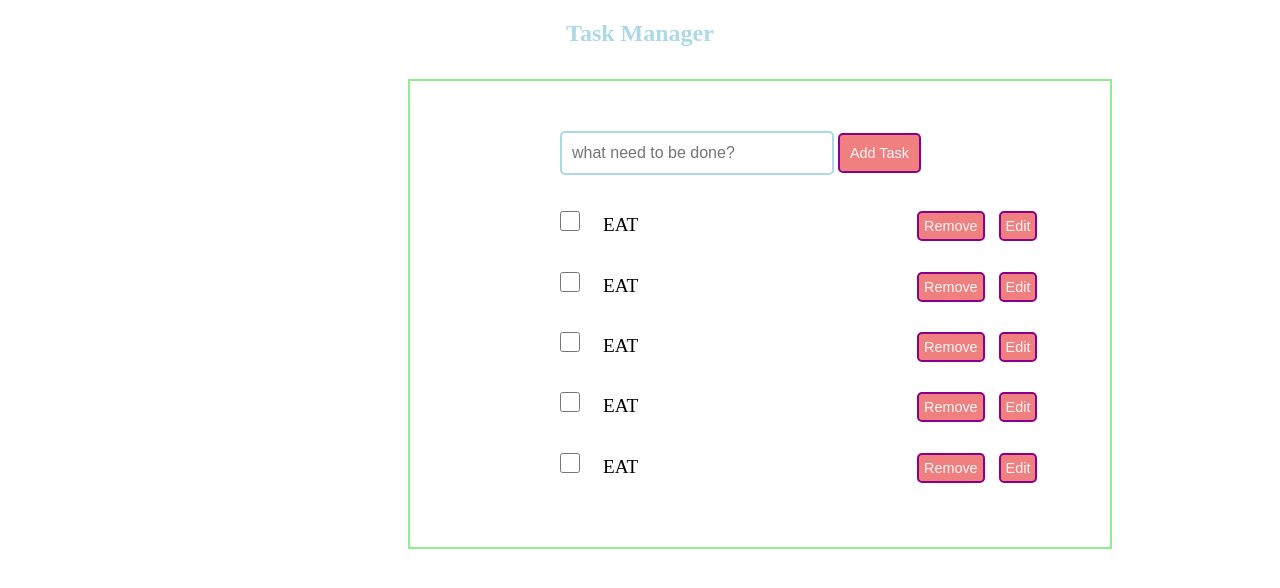
Repository: sristigupta04/basic-js-project
Page: todo app/title.html
The author's editor kept a copy of each file at every save. The page is drawn from the files as they stood at one save, then again after the next save.
The browser window is 1280 px wide. The pictures show the whole page.

Above is the page before, as saved 2025-10-28 19:39:14.

### todo app/title.html
<!DOCTYPE html>
<html lang="en">
<head>
    <meta charset="UTF-8">
    <meta name="viewport" content="width=device-width, initial-scale=1.0">
    <title>Todo App</title>
    <link rel="stylesheet" href="title.css"/>
</head>
<body>
    <h2> Task Manager</h2>
    <div class="contain">
        <input type="text" id="new" placeholder="what need to be done?"></input>
        <button>Add Task</button>

        <div class="row">

            <input type="checkbox" id="addinput"><p> EAT</p> <button>Remove</button> <button>Edit</button>
            <input type="checkbox"><p> EAT</p> <button>Remove</button> <button>Edit</button>
             <input type="checkbox"><p> EAT</p> <button>Remove</button> <button>Edit</button>
              <input type="checkbox"><p> EAT</p> <button>Remove</button> <button>Edit</button>
               <input type="checkbox"><p> EAT</p> <button>Remove</button> <button>Edit</button>
        </div>
    </div>
    <script src="title.js"></script>
</body>
</html>

### todo app/title.css
.body{

    text-align: center;
    font-family: 'Trebuchet MS', 'Lucida Sans Unicode', 'Lucida Grande', 'Lucida Sans', Arial, sans-serif;
    margin:0;
    padding: 0;
}

h2{
color:lightblue;
margin-top: 20px;
justify-content: center;
display: flex;
}
.contain{
 border: 2px solid lightgreen;
 width:600px;
 height: auto;
 margin-left: 400px;
 margin-top: 2rem;
 padding: 50px;
}
.contain input{
    width:250px;
    height: 20px;
    padding: 10px;
    font-size: 1rem;
     border:2px solid lightblue;
     border-radius: 5px;
     outline: none;
     margin-left: 100px;

}
.contain button{
     padding:  10px;
       font-size:0.90rem;
       border:2px solid darkmagenta;
border-radius: 5px;
background-color: lightcoral;
color:whitesmoke;
}

.row{
    margin-top: 20px;
    text-align: left;
}

.row p{
    display: inline-block;
    margin-left: 20px;
    font-size: 1.2rem;
    width: 300px;
}
.row button{
    margin-left: 10px;
    padding: 5px;
    font-size: 0.9rem;
    border: 2px solid darkmagenta;
    border-radius: 5px;
    background-color: lightcoral;
    color: whitesmoke;
}

.row input{
    width: 20px;
    height: 20px;
}

### todo app/title.js
// ====== Selecting DOM elements ======
const input = document.getElementById("new");
const addButton = document.querySelector(".contain button");
const row = document.querySelector(".row");

// ====== Event Listener ======
addButton.addEventListener("click", addTask);

// ====== Function to Add a Task ======
function addTask() {
    const taskText = input.value.trim();

    if (taskText === "") {
        alert("Please enter a task!");
        return;
    }

    // Create new task container
    const taskDiv = document.createElement("div");
    taskDiv.classList.add("task-item");

    // Create task content
    taskDiv.innerHTML = `
        <input type="checkbox">
        <p>${taskText}</p>
        <button class="removeBtn">Remove</button>
        <button class="editBtn">Edit</button>
    `;

    // Append to main row
    row.appendChild(taskDiv);
    input.value = "";

    // Attach functionality
    attachTaskFunctions(taskDiv);
}

// ====== Attach Remove, Edit, and Checkbox Features ======
function attachTaskFunctions(taskDiv) {
    const removeBtn = taskDiv.querySelector(".removeBtn");
    const editBtn = taskDiv.querySelector(".editBtn");
    const checkbox = taskDiv.querySelector("input[type='checkbox']");
    const taskText = taskDiv.querySelector("p");

    // Remove Task
    removeBtn.addEventListener("click", () => removeTask(taskDiv));

    // Edit Task
    editBtn.addEventListener("click", () => editTask(taskText));

    // Checkbox Functionality
    checkbox.addEventListener("change", () => toggleTaskStatus(checkbox, taskText));
}

// ====== Remove Task ======
function removeTask(taskDiv) {
    taskDiv.remove();
}

// ====== Edit Task ======
function editTask(taskTextElement) {
    const currentText = taskTextElement.textContent;
    const newText = prompt("Edit your task:", currentText);
    if (newText !== null && newText.trim() !== "") {
        taskTextElement.textContent = newText.trim();
    }
}

// ====== Toggle Checkbox (mark done) ======
function toggleTaskStatus(checkbox, taskTextElement) {
    if (checkbox.checked) {
        taskTextElement.style.textDecoration = "line-through";
        taskTextElement.style.color = "gray";
    } else {
        taskTextElement.style.textDecoration = "none";
        taskTextElement.style.color = "black";
    }
}

After the next save:
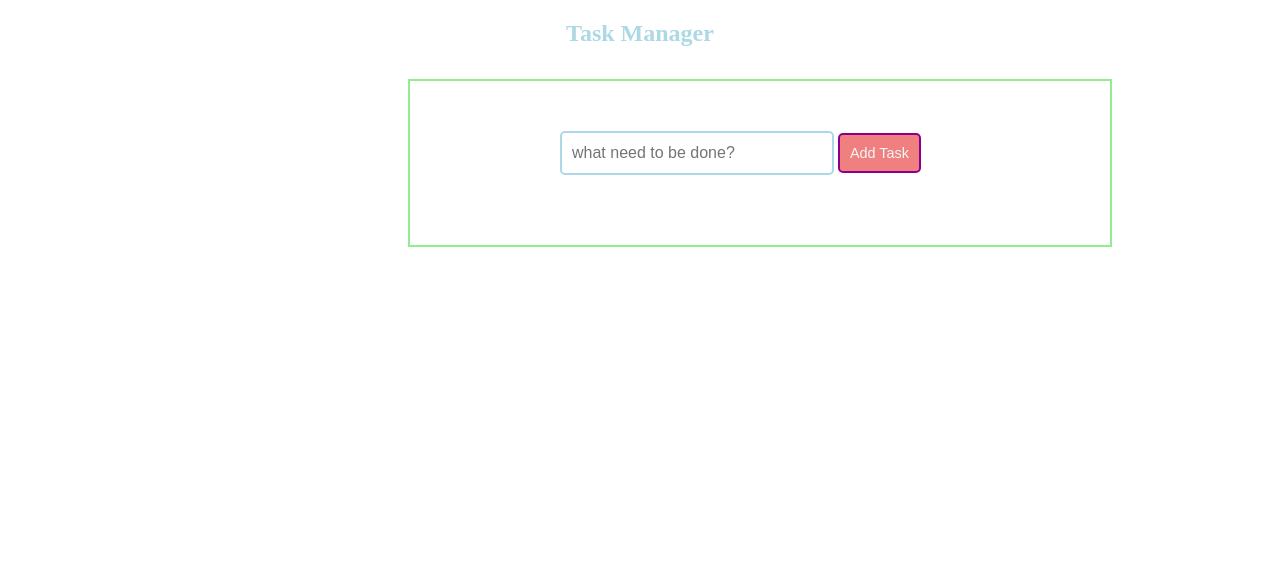
Saved 55 s later.
--- a/todo app/title.html
+++ b/todo app/title.html
@@ -14,11 +14,11 @@
 
         <div class="row">
 
-            <input type="checkbox" id="addinput"><p> EAT</p> <button>Remove</button> <button>Edit</button>
+            <!-- <input type="checkbox" id="addinput"><p> EAT</p> <button>Remove</button> <button>Edit</button>
             <input type="checkbox"><p> EAT</p> <button>Remove</button> <button>Edit</button>
              <input type="checkbox"><p> EAT</p> <button>Remove</button> <button>Edit</button>
               <input type="checkbox"><p> EAT</p> <button>Remove</button> <button>Edit</button>
-               <input type="checkbox"><p> EAT</p> <button>Remove</button> <button>Edit</button>
+               <input type="checkbox"><p> EAT</p> <button>Remove</button> <button>Edit</button> -->
         </div>
     </div>
     <script src="title.js"></script>
